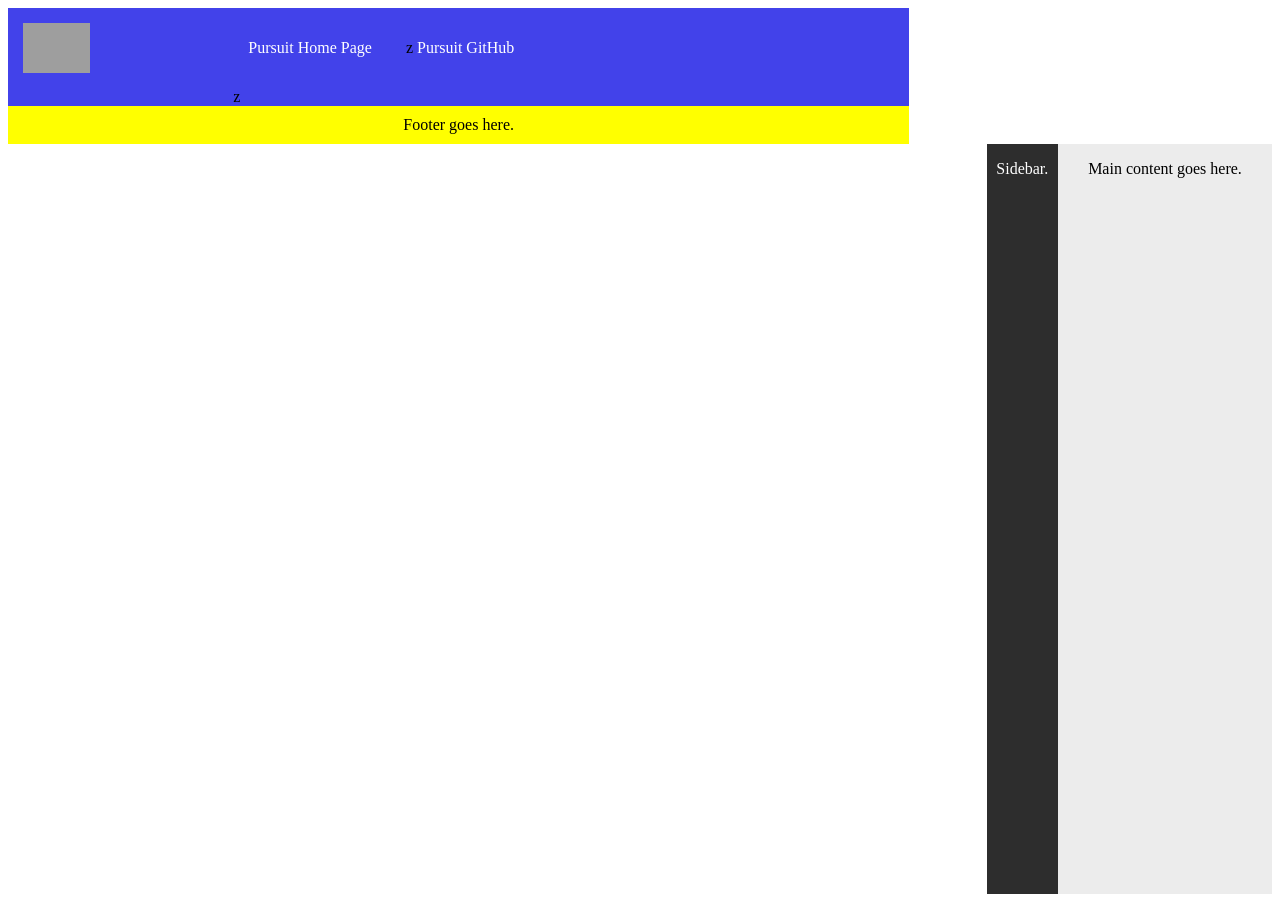
Repository: 10-2-pursuit/lab-css-grid
Page: index.html
These files come from the project's save history. The page is drawn as it stood at one moment and after a run of saves; the edit follows.
The browser window is 1280 px wide. The pictures show the whole page.
Pictures or frames that could not be fetched are drawn as grey boxes.

Above is the page before, as saved 2023-06-19 00:38:16.

After the next 2 saves:
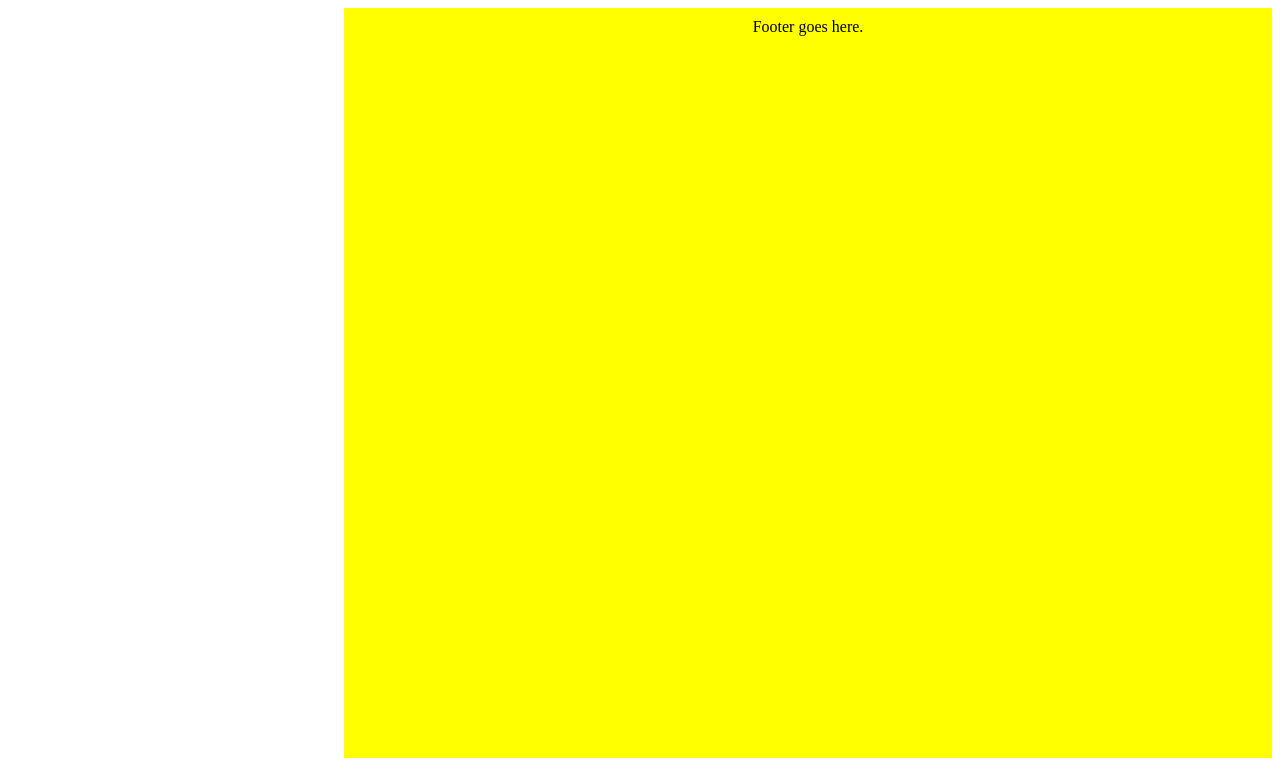
The 2 saves are shown as one change because they came seconds apart.
The last was saved 14 s later.
--- a/style.css
+++ b/style.css
@@ -11,7 +11,7 @@ body {
 
     "header header header header"
 
-    "content content content content"
+    "nain=="
 
     "footer footer footer footer";
 
